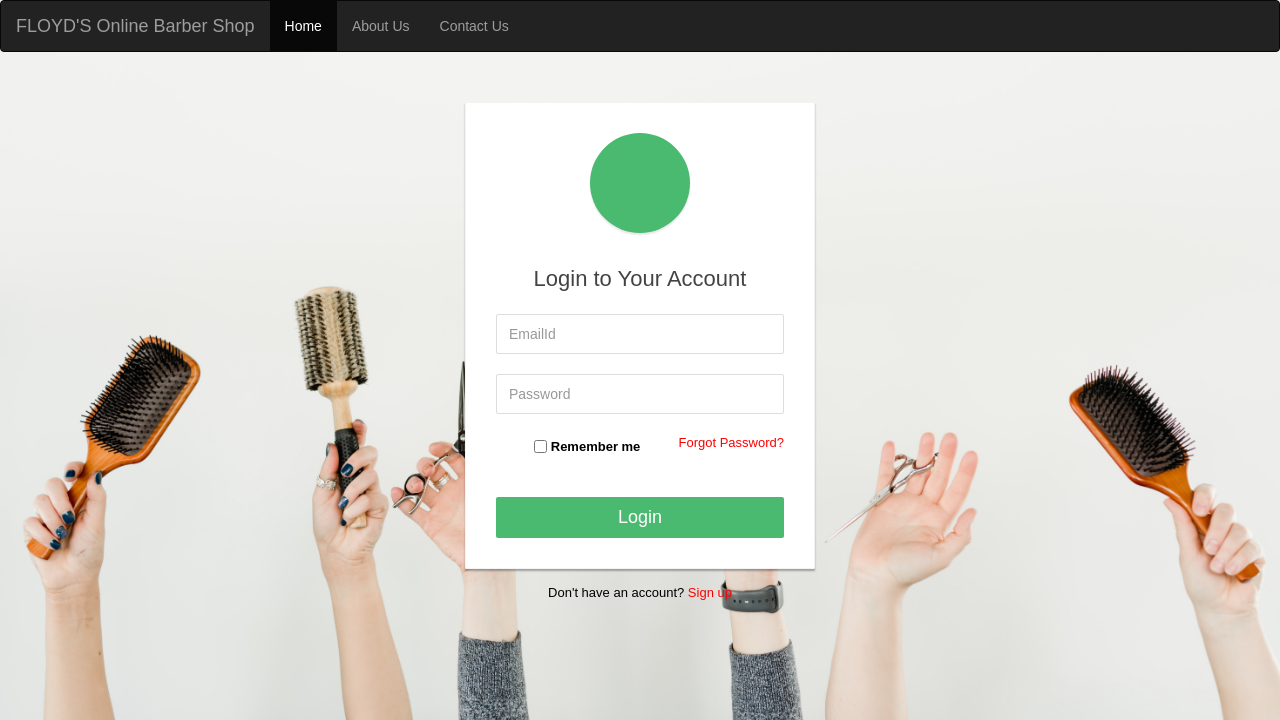
Repository: Mithil-Chavan/OnlineBarbershopManagementSystem
Page: http://localhost/OnlineBarberShop/WEB-INF/views/user/login.jsp
The author's editor kept a copy of each file at every save. The page is drawn from the files as they stood at one save, then again after the next save.
The browser window is 1280 px wide. The pictures show the whole page.
Some web fonts or font styles are not loaded; a fallback is used. The page is served by Tomcat 9. Nobody is signed in. Other server files are loaded and not shown. The template is opened directly, without the code that normally fills it, so the values that code supplies are empty.

Above is the page before, as saved 2021-03-24 19:56:52.

### OnlineBarberShop/OnlineBarberShop/src/main/webapp/WEB-INF/views/user/login.jsp
<%@ page language="java" contentType="text/html; charset=ISO-8859-1"
	pageEncoding="ISO-8859-1"%>



<!DOCTYPE html>
<html lang="en">
<head>
  <title>Online Barber Shop</title>
  <meta charset="utf-8">
<meta name="viewport" content="width=device-width, initial-scale=1, shrink-to-fit=no">
<title>Login form</title>
<link rel="stylesheet" href="https://fonts.googleapis.com/css?family=Merienda+One">
<link rel="stylesheet" href="https://stackpath.bootstrapcdn.com/bootstrap/3.4.1/css/bootstrap.min.css">
<link rel="stylesheet" href="https://fonts.googleapis.com/icon?family=Material+Icons">
<link rel="stylesheet" href="https://maxcdn.bootstrapcdn.com/font-awesome/4.7.0/css/font-awesome.min.css">
<script src="https://code.jquery.com/jquery-3.5.1.min.js"></script>
<script src="https://cdn.jsdelivr.net/npm/popper.js@1.16.0/dist/umd/popper.min.js"></script>
<script src="https://stackpath.bootstrapcdn.com/bootstrap/4.5.0/js/bootstrap.min.js"></script>
<style>
body {
	color: #FF0000;
		/* background: #95a5ab; */
		background: url("http://localhost:8080/login.jpg")no-repeat;
	background-size: cover;
	background-position: center;
	width:100%; height:650px;
	font-family: 'Varela Round', sans-serif;
}
.form-control {
	box-shadow: none;
	border-color: #ddd;
}
.form-control:focus {
	border-color: #4aba70;
}
.login-form {
	width: 350px;
	margin: 0 auto;
	padding: 30px 0;
}
.login-form form {
	color: #434343;
	border-radius: 1px;
	margin-bottom: 15px;
	background: #fff;
	border: 1px solid #f3f3f3;
	box-shadow: 0px 2px 2px rgba(0, 0, 0, 0.3);
	padding: 30px;
}
.login-form h4 {
	text-align: center;
	font-size: 22px;
	margin-bottom: 20px;
}
.login-form .avatar {
	color: #fff;
	margin: 0 auto 30px;
	text-align: center;
	width: 100px;
	height: 100px;
	border-radius: 50%;
	z-index: 9;
	background: #4aba70;
	padding: 15px;
	box-shadow: 0px 2px 2px rgba(0, 0, 0, 0.1);
}
.login-form .avatar i {
	font-size: 62px;
}
.login-form .form-group {
	margin-bottom: 20px;
}
.login-form .form-control, .login-form .btn {
	min-height: 40px;
	border-radius: 2px;
	transition: all 0.5s;
}
.login-form .close {
	position: absolute;
	top: 15px;
	right: 15px;
}
.login-form .btn, .login-form .btn:active {
	background: #4aba70 !important;
	border: none;
	line-height: normal;
}
.login-form .btn:hover, .login-form .btn:focus {
	background: #42ae68 !important;
}
.login-form .checkbox-inline {
	float: left;
}
.login-form input[type="checkbox"] {
	position: relative;
	top: 2px;
}
.login-form .forgot-link {
	float: right;
}
.login-form .small {
color:#000000;
	font-size: 13px;
	padding-bottom: 15px;
	text-align: center;
}
.login-form a {
	color: #ff0000;
}
</style>
</head>
<body>

<nav class="navbar navbar-inverse">
  <div class="container-fluid">
    <div class="navbar-header">
      <a class="navbar-brand" >FLOYD'S Online Barber Shop</a>
    </div>
    <ul class="nav navbar-nav">
      <li class="active"><a href="/">Home</a></li>
        <li><a href="#">About Us</a></li>
      <li><a href="#">Contact Us</a></li>
    </ul>

  </div>
</nav>


<div class="login-form">
    <form  method="post">
		<div class="avatar"><i class="material-icons">&#xE7FF;</i></div>
		<h4 >${requestScope.mesg}</h4>
    	<h4 class="modal-title">Login to Your Account</h4>
        <div class="form-group">
            <input type="text" class="form-control" name="em" placeholder="EmailId" required="required">
        </div>
        <div class="form-group">
            <input type="password" class="form-control" name="pass" placeholder="Password" required="required">
        </div>
        <div class="form-group small clearfix">
            <label class="form-check-label"><input type="checkbox"> Remember me</label>
            <a href="#" class="forgot-link">Forgot Password?</a>
        </div>
        <input type="submit" class="btn btn-primary btn-block btn-lg" value="Login">
    </form>
    <div class="text-center small">Don't have an account? <a href="/user/register">Sign up</a></div>
</div>




</body>
</html>

After the next save:
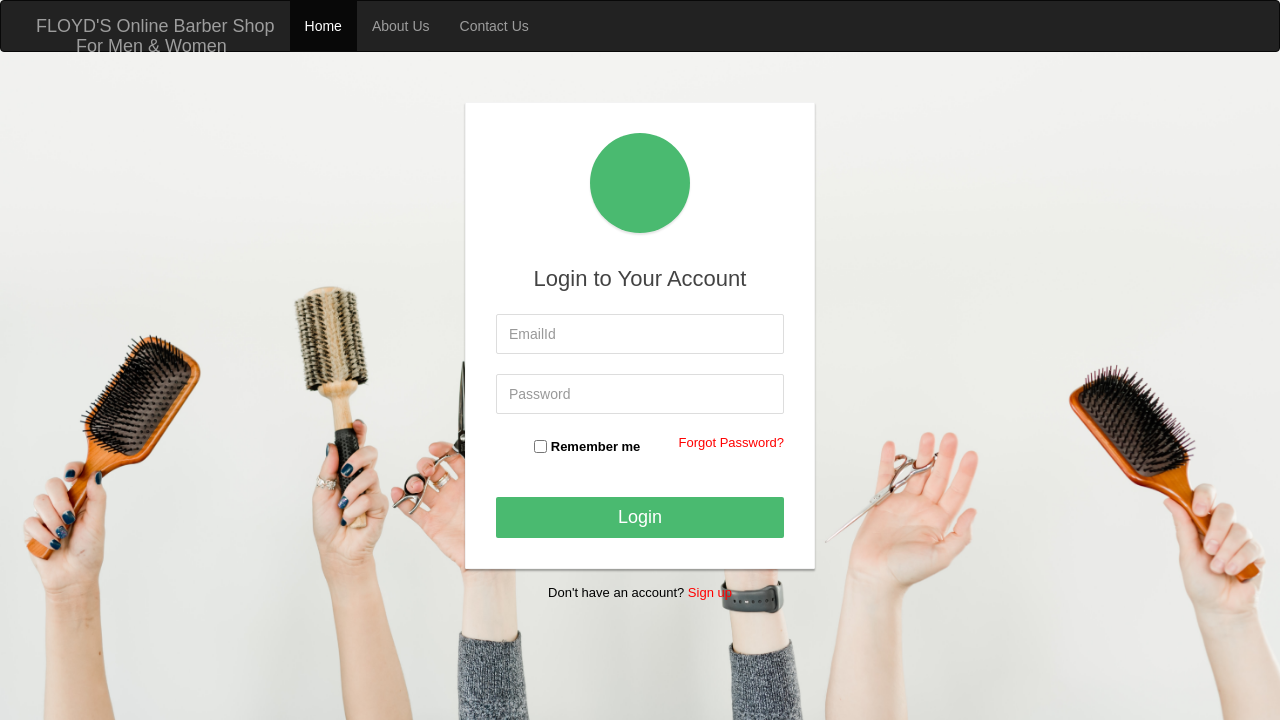
Saved 53 s later.
--- a/OnlineBarberShop/OnlineBarberShop/src/main/webapp/WEB-INF/views/user/login.jsp
+++ b/OnlineBarberShop/OnlineBarberShop/src/main/webapp/WEB-INF/views/user/login.jsp
@@ -115,7 +115,8 @@ color:#000000;
 <nav class="navbar navbar-inverse">
   <div class="container-fluid">
     <div class="navbar-header">
-      <a class="navbar-brand" >FLOYD'S Online Barber Shop</a>
+      <a class="navbar-brand" > &nbsp&nbsp&nbsp FLOYD'S Online Barber Shop
+      <br>&nbsp&nbsp&nbsp&nbsp&nbsp&nbsp&nbsp&nbsp&nbsp&nbsp&nbsp For Men & Women</br> </a>
     </div>
     <ul class="nav navbar-nav">
       <li class="active"><a href="/">Home</a></li>
